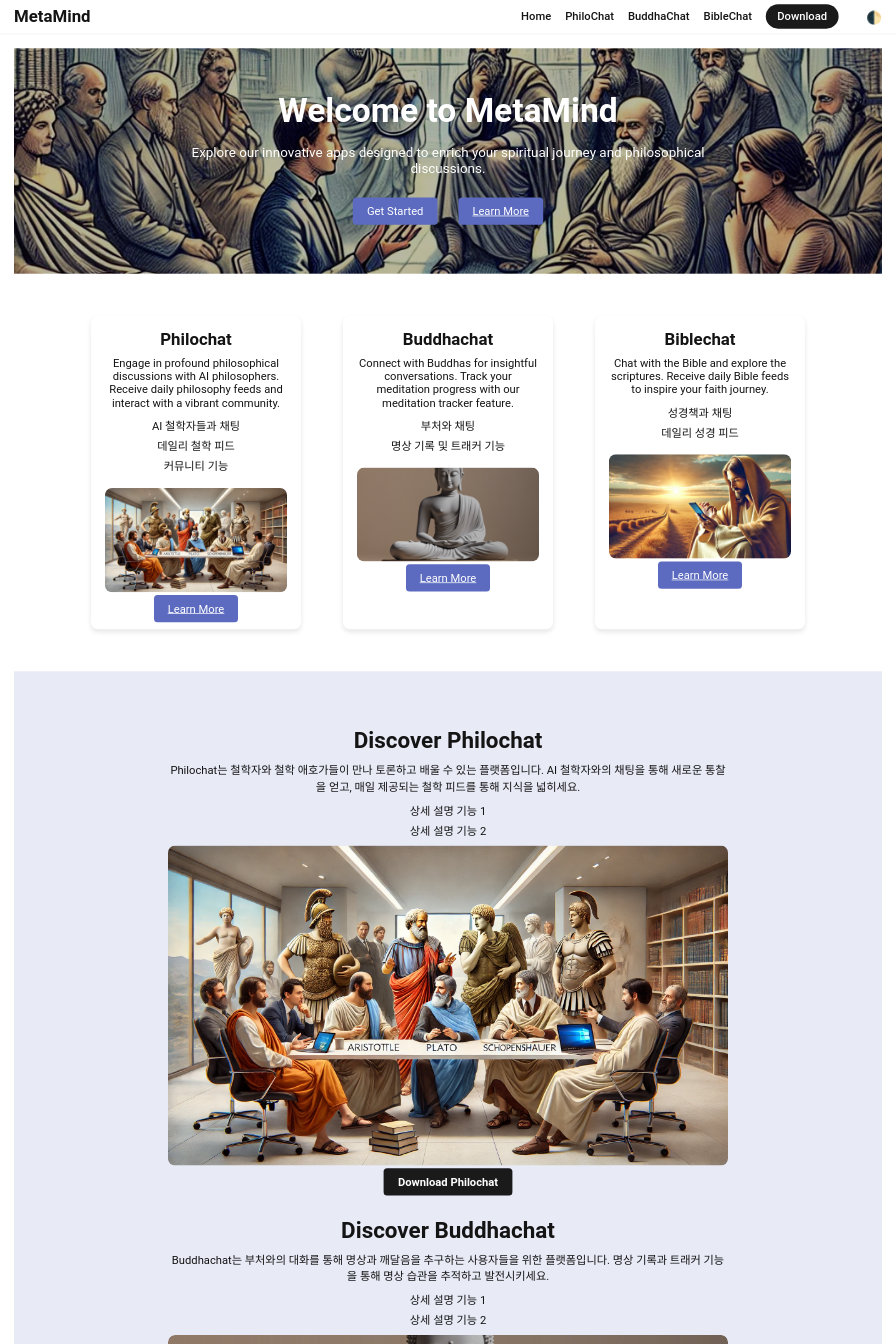
Repository: HSfac/EthosMindWeb
Page: /
The author's editor kept a copy of each file at every save. The page is drawn from the files as they stood at one save, then again after the next save.
The browser window is 1280 px wide. The pictures show the part of the page from y = 0 to 1920 px (the page is 3743 px tall before and 3668 px after), at 70% of full size.
The project was rebuilt for these pictures with package versions that can differ from the ones it lists, and the page was loaded fresh each time. Also part of the build but not shown: src/pages/SaintsChat.jsx, src/pages/BuddhaChat.css, src/pages/BuddhaChat.jsx, src/pages/BibleChat.css, src/pages/BibleChat.jsx, src/pages/Download.jsx.

Above is the page before, as saved 2024-07-21 19:40:19.

### src/index.css
@import url('https://fonts.googleapis.com/css2?display=swap&family=Be+Vietnam+Pro:wght@400;500;700;900&family=Noto+Sans:wght@400;500;700;900');

body {
  font-family: "Be Vietnam Pro", "Noto Sans", sans-serif;
  margin: 0;
  padding: 0;
  box-sizing: border-box;
}

### src/App.jsx
import React from 'react';
import { BrowserRouter as Router, Route, Routes } from 'react-router-dom';
import Home from './pages/Home.jsx';
import SaintsChat from './pages/SaintsChat.jsx';
import BuddhaChat from './pages/BuddhaChat.jsx';
import BibleChat from './pages/BibleChat.jsx';
import Download from './pages/Download.jsx'; // Download 페이지를 추가합니다.
import Header from './components/Header.jsx';
import Footer from './components/Footer.jsx';

function App() {
  return (
    <Router>
      <Header />
      <Routes>
        <Route path="/" element={<Home />} />
        <Route path="/saintschat" element={<SaintsChat />} />
        <Route path="/buddhachats" element={<BuddhaChat />} />
        <Route path="/biblechats" element={<BibleChat />} />
        <Route path="/download" element={<Download />} /> {/* Download 페이지를 추가합니다. */}
      </Routes>
      <Footer />
    </Router>
  );
}

export default App;

### src/pages/Home.jsx
import React from 'react';
import './Home.css';
import { Link } from 'react-router-dom';
import heroImage from '../assets/images/hero-image.png';
import philochatScreenshot from '../assets/images/ph-image-dl.png';
import buddhachatScreenshot from '../assets/images/buddha-hero-image.png';
import biblechatScreenshot from '../assets/images/jesus-image-dl.png';

function Home() {
  return (
    <main className="landing-page">
      {/* Hero Section */}
      <section className="hero" style={{ backgroundImage: `url(${heroImage})` }}>
        <div className="hero-content">
          <h1 className="hero-title">Welcome to MetaMind</h1>
          <p className="hero-description">Explore our innovative apps designed to enrich your spiritual journey and philosophical discussions.</p>
          <div className="hero-buttons">
            <button className="hero-button">Get Started</button>
            <a href="#app-introduction" className="hero-button">Learn More</a>
          </div>
        </div>
      </section>

      {/* App Introduction Section */}
      <section id="app-introduction" className="app-introduction">
        <div className="app-intro-card">
          <h2 className="app-title">Philochat</h2>
          <p className="app-description">Engage in profound philosophical discussions with AI philosophers. Receive daily philosophy feeds and interact with a vibrant community.</p>
          <ul className="app-features">
            <li>AI 철학자들과 채팅</li>
            <li>데일리 철학 피드</li>
            <li>커뮤니티 기능</li>
          </ul>
          <img src={philochatScreenshot} alt="Philochat App Screenshot" className="app-screenshot" />
          <Link to="/saintschat" className="learn-more-button">Learn More</Link>
        </div>

        <div className="app-intro-card">
          <h2 className="app-title">Buddhachat</h2>
          <p className="app-description">Connect with Buddhas for insightful conversations. Track your meditation progress with our meditation tracker feature.</p>
          <ul className="app-features">
            <li>부처와 채팅</li>
            <li>명상 기록 및 트래커 기능</li>
          </ul>
          <img src={buddhachatScreenshot} alt="Buddhachat App Screenshot" className="app-screenshot" />
          <Link to="/buddhachats" className="learn-more-button">Learn More</Link>
        </div>

        <div className="app-intro-card">
          <h2 className="app-title">Biblechat</h2>
          <p className="app-description">Chat with the Bible and explore the scriptures. Receive daily Bible feeds to inspire your faith journey.</p>
          <ul className="app-features">
            <li>성경책과 채팅</li>
            <li>데일리 성경 피드</li>
          </ul>
          <img src={biblechatScreenshot} alt="Biblechat App Screenshot" className="app-screenshot" />
          <Link to="/biblechats" className="learn-more-button">Learn More</Link>
        </div>
      </section>

      {/* Detailed App Sections */}
      <section className="detailed-app-section">
        <div id="philochat-detail" className="app-detail">
          <h2 className="detail-title">Discover Philochat</h2>
          <p className="detail-description">Philochat는 철학자와 철학 애호가들이 만나 토론하고 배울 수 있는 플랫폼입니다. AI 철학자와의 채팅을 통해 새로운 통찰을 얻고, 매일 제공되는 철학 피드를 통해 지식을 넓히세요.</p>
          <ul className="detail-features">
            <li>상세 설명 기능 1</li>
            <li>상세 설명 기능 2</li>
          </ul>
          <img src={philochatScreenshot} alt="Philochat Detailed Screenshot" className="detail-screenshot" />
          <Link to="/download" className="download-button">Download Philochat</Link>
        </div>

        <div id="buddhachat-detail" className="app-detail">
          <h2 className="detail-title">Discover Buddhachat</h2>
          <p className="detail-description">Buddhachat는 부처와의 대화를 통해 명상과 깨달음을 추구하는 사용자들을 위한 플랫폼입니다. 명상 기록과 트래커 기능을 통해 명상 습관을 추적하고 발전시키세요.</p>
          <ul className="detail-features">
            <li>상세 설명 기능 1</li>
            <li>상세 설명 기능 2</li>
          </ul>
          <img src={buddhachatScreenshot} alt="Buddhachat Detailed Screenshot" className="detail-screenshot" />
          <Link to="/download" className="download-button">Download Buddhachat</Link>
        </div>

        <div id="biblechat-detail" className="app-detail">
          <h2 className="detail-title">Discover Biblechat</h2>
          <p className="detail-description">Biblechat는 성경과의 대화를 통해 신앙을 깊이 있게 탐구할 수 있는 플랫폼입니다. 매일 제공되는 성경 피드를 통해 영감을 받고, 성경 공부 그룹에 참여하세요.</p>
          <ul className="detail-features">
            <li>상세 설명 기능 1</li>
            <li>상세 설명 기능 2</li>
          </ul>
          <img src={biblechatScreenshot} alt="Biblechat Detailed Screenshot" className="detail-screenshot" />
          <Link to="/download" className="download-button">Download Biblechat</Link>
        </div>
      </section>

      {/* Call to Action Section */}
      <section className="cta-section">
        <h2 className="cta-title">Join MetaMind Today</h2>
        <p className="cta-description">Experience the transformative power of our apps. Join our community and start your journey today.</p>
        <div className="cta-buttons">
          <Link to="/download" className="cta-button">Sign Up</Link>
          <Link to="/contact" className="cta-button">Contact Us</Link>
        </div>
      </section>
    </main>
  );
}

export default Home;

### src/components/Header.jsx
import React from 'react';
import { Link } from 'react-router-dom';
import './Header.css';

function Header() {
  return (
    <header className="header">
      <h1 className="header-title">MetaMind</h1>
      <nav className="nav">
        <ul className="nav-list">
          <li className="nav-item"><Link to="/">Home</Link></li>
          <li className="nav-item"><Link to="/saintschat">PhiloChat</Link></li>
          <li className="nav-item"><Link to="/buddhachats">BuddhaChat</Link></li>
          <li className="nav-item"><Link to="/biblechats">BibleChat</Link></li>
          <li className="nav-item header-download-button"><Link to="/download">Download</Link></li>
          <li className="nav-item"><button className="toggle-button" onClick={() => document.body.classList.toggle('dark-mode')}>🌓</button></li>
        </ul>
      </nav>
    </header>
  );
}

export default Header;

### src/components/Footer.jsx
import React from 'react';
import { Link } from 'react-router-dom';
import './Footer.css';

function Footer() {
  return (
    <footer className="footer">
      <div className="footer-content">
        <div className="footer-section">
          <h2 className="footer-title">SaintsChat</h2>
          <p className="footer-description">Connecting you with the greatest thinkers in history.</p>
        </div>
        <div className="footer-section">
          <h3 className="footer-subtitle">Explore</h3>
          <ul className="footer-links">
            <li><Link to="/">Home</Link></li>
            <li><Link to="/saintschat">SaintsChat</Link></li>
            <li><Link to="/buddhachats">BuddhaChat</Link></li>
            <li><Link to="/biblechats">BibleChat</Link></li>
          </ul>
        </div>
        <div className="footer-section">
          <h3 className="footer-subtitle">Company</h3>
          <ul className="footer-links">
            <li><Link to="/about">About Us</Link></li>
            <li><Link to="/contact">Contact</Link></li>
            <li><Link to="/careers">Careers</Link></li>
            <li><Link to="/privacy">Privacy Policy</Link></li>
          </ul>
        </div>
        <div className="footer-section">
          <h3 className="footer-subtitle">Follow Us</h3>
          <div className="footer-social">
            <a href="https://facebook.com" target="_blank" rel="noopener noreferrer">Facebook</a>
            <a href="https://twitter.com" target="_blank" rel="noopener noreferrer">Twitter</a>
            <a href="https://instagram.com" target="_blank" rel="noopener noreferrer">Instagram</a>
            <a href="https://linkedin.com" target="_blank" rel="noopener noreferrer">LinkedIn</a>
          </div>
        </div>
      </div>
      <div className="footer-bottom">
        <p>&copy; 2024 SaintsChat. All rights reserved.</p>
      </div>
    </footer>
  );
}

export default Footer;

### src/pages/Home.css
.landing-page {
  font-family: Arial, sans-serif;
}

.hero {
  background-size: cover;
  background-position: center;
  padding: 60px 20px;
  text-align: center;
  color: white;
}

.hero-content {
  max-width: 600px;
  margin: 0 auto;
}

.hero-title {
  font-size: 3em;
  margin-bottom: 20px;
}

.hero-description {
  font-size: 1.2em;
  margin-bottom: 20px;
}

.hero-buttons .hero-button {
  margin: 10px;
  padding: 10px 20px;
  font-size: 1em;
  border: none;
  cursor: pointer;
}

.app-introduction {
  padding: 60px 20px;
  display: flex;
  flex-wrap: wrap;
  justify-content: center;
}

.app-intro-card {
  max-width: 300px;
  margin: 20px;
  text-align: center;
}

.app-title {
  font-size: 1.5em;
  margin-bottom: 10px;
}

.app-description {
  margin-bottom: 10px;
}

.app-features {
  list-style: none;
  padding: 0;
  margin-bottom: 10px;
}

.app-screenshot {
  max-width: 100%;
  margin-bottom: 10px;
}

.learn-more-button {
  padding: 10px 20px;
  font-size: 1em;
  border: none;
  cursor: pointer;
}

.detailed-app-section {
  padding: 60px 20px;
}

.app-detail {
  max-width: 600px;
  margin: 40px auto;
  text-align: center;
}

.detail-title {
  font-size: 2em;
  margin-bottom: 10px;
}

.detail-description {
  margin-bottom: 10px;
}

.detail-features {
  list-style: none;
  padding: 0;
  margin-bottom: 10px;
}

.detail-screenshot {
  max-width: 100%;
  margin-bottom: 10px;
}

.download-button {
  padding: 10px 20px;
  font-size: 1em;
  border: none;
  cursor: pointer;
}

.cta-section {
  background-color: #f5f5f5;
  padding: 60px 20px;
  text-align: center;
}

.cta-title {
  font-size: 2em;
  margin-bottom: 10px;
}

.cta-description {
  margin-bottom: 20px;
}

.cta-buttons .cta-button {
  margin: 10px;
  padding: 10px 20px;
  font-size: 1em;
  border: none;
  cursor: pointer;
}

### src/pages/SaintsChat.css
* {
  box-sizing: border-box;
  margin: 0;
  padding: 0;
  font-family: 'Roboto', sans-serif;
}

body {
  background-color: #f4f4f9;
}

.landing-page {
  display: flex;
  flex-direction: column;
  align-items: center;
  width: 100%;
  padding: 20px;
}

.hero {
  background-size: cover;
  background-position: center;
  width: 100%;
  padding: 60px 20px;
  text-align: center;
  color: white;
}

.hero-content {
  max-width: 800px;
  margin: 0 auto;
}

.hero-title {
  font-size: 3em;
  margin-bottom: 20px;
}

.hero-description {
  font-size: 1.2em;
  margin-bottom: 20px;
}

.hero-buttons {
  display: flex;
  justify-content: center;
  gap: 10px;
}

.hero-button {
  margin: 10px;
  padding: 10px 20px;
  font-size: 1em;
  border: none;
  cursor: pointer;
  background-color: #5c6bc0;
  color: white;
  border-radius: 5px;
}

.hero-button:hover {
  background-color: #3f51b5;
}

.app-introduction {
  display: flex;
  flex-wrap: wrap;
  justify-content: center;
  gap: 20px;
  padding: 40px 0;
}

.app-intro-card {
  background-color: white;
  border-radius: 10px;
  box-shadow: 0 4px 8px rgba(0,0,0,0.1);
  max-width: 300px;
  padding: 20px;
  text-align: center;
}

.app-title {
  font-size: 1.5em;
  margin-bottom: 10px;
}

.app-description {
  margin-bottom: 10px;
}

.app-features {
  list-style: none;
  padding: 0;
  margin-bottom: 20px;
}

.app-features li {
  margin-bottom: 5px;
}

.app-screenshot {
  max-width: 100%;
  margin-bottom: 10px;
  border-radius: 10px;
}

.learn-more-button {
  padding: 10px 20px;
  font-size: 1em;
  border: none;
  cursor: pointer;
  background-color: #5c6bc0;
  color: white;
  border-radius: 5px;
}

.learn-more-button:hover {
  background-color: #3f51b5;
}

.detailed-app-section {
  padding: 40px 20px;
  background-color: #e8eaf6;
  width: 100%;
}

.app-detail {
  max-width: 800px;
  margin: 40px auto;
  text-align: center;
}

.detail-title {
  font-size: 2em;
  margin-bottom: 10px;
}

.detail-description {
  margin-bottom: 10px;
}

.detail-features {
  list-style: none;
  padding: 0;
}

.detail-features li {
  margin-bottom: 5px;
}

.detail-screenshot {
  max-width: 100%;
  margin-bottom: 10px;
  border-radius: 10px;
}

.download-button {
  padding: 10px 20px;
  font-size: 1em;
  border: none;
  cursor: pointer;
  background-color: #5c6bc0;
  color: white;
  border-radius: 5px;
}

.download-button:hover {
  background-color: #3f51b5;
}

.cta-section {
  background-color: #f5f5f5;
  padding: 60px 20px;
  text-align: center;
  width: 100%;
}

.cta-title {
  font-size: 2em;
  margin-bottom: 10px;
}

.cta-description {
  margin-bottom: 20px;
}

.cta-buttons {
  display: flex;
  justify-content: center;
  gap: 10px;
}

.cta-button {
  padding: 10px 20px;
  font-size: 1em;
  border: none;
  cursor: pointer;
  background-color: #5c6bc0;
  color: white;
  border-radius: 5px;
}

.cta-button:hover {
  background-color: #3f51b5;
}

### src/pages/Download.css
.download-main {
  padding: 20px 40px;
}

.download-section {
  margin-bottom: 40px;
  position: relative;
  text-align: center;
  color: white;
}

.download-image-container {
  position: relative;
}

.download-image {
  width: 100%;
  border-radius: 10px;
}

.download-content {
  position: absolute;
  top: 50%;
  left: 50%;
  transform: translate(-50%, -50%);
  background: rgba(0, 0, 0, 0.5); /* Optional: to add a slight background for readability */
  padding: 20px;
  border-radius: 10px;
  max-width: 90%;
}

.download-title {
  font-size: 32px;
  font-weight: bold;
  margin-bottom: 10px;
}

.download-description {
  font-size: 18px;
  margin-bottom: 20px;
}

.download-buttons {
  display: flex;
  gap: 10px;
  justify-content: center;
}
.download-main {
  padding: 20px 40px;
}

.download-section {
  margin-bottom: 40px;
  position: relative;
  text-align: center;
  color: white;
}

.download-image-container {
  position: relative;
}

.download-image {
  width: 100%;
  border-radius: 10px;
}

.download-content {
  position: absolute;
  top: 50%;
  left: 50%;
  transform: translate(-50%, -50%);
  background: rgba(0, 0, 0, 0.5); /* Optional: to add a slight background for readability */
  padding: 20px;
  border-radius: 10px;
  max-width: 90%;
}

.download-title {
  font-size: 32px;
  font-weight: bold;
  margin-bottom: 10px;
}

.download-description {
  font-size: 18px;
  margin-bottom: 20px;
}

.download-buttons {
  display: flex;
  gap: 10px;
  justify-content: center;
}

.download-button {
  background-color: #1a1a1a;
  color: white;
  padding: 10px 20px;
  border: none;
  border-radius: 5px;
  cursor: pointer;
  font-size: 16px;
  font-weight: bold;
  text-decoration: none;
}

### src/components/Header.css
.header {
  display: flex;
  justify-content: space-between;
  align-items: center;
  padding: 10px 20px;
  border-bottom: 1px solid #ededed;
}

.header-title {
  font-size: 24px;
  font-weight: bold;
}

.nav {
  display: flex;
}

.nav-list {
  display: flex;
  list-style: none;
  margin: 0;
  padding: 0;
}

.nav-item {
  margin-left: 20px;
}

.nav-item a {
  text-decoration: none;
  color: var(--text-color);
  font-weight: 500;
}

.header-download-button a {
  padding: 8px 16px;
  border-radius: 20px;
  background-color: #1a1a1a;
  color: white;
}

.toggle-button {
  background: none;
  border: none;
  font-size: 18px;
  cursor: pointer;
  margin-left: 20px;
}

:root {
  --bg-color: white;
  --text-color: #141414;
}

.dark-mode {
  --bg-color: #141414;
  --text-color: white;
}

body {
  background-color: var(--bg-color);
  color: var(--text-color);
  transition: background-color 0.3s, color 0.3s;
}

### src/components/Footer.css
.footer {
  background-color: #1a1a1a;
  color: white;
  padding: 40px 20px;
  text-align: center;
}

.footer-content {
  display: flex;
  flex-wrap: wrap;
  justify-content: space-around;
  margin-bottom: 20px;
}

.footer-section {
  flex: 1;
  min-width: 200px;
  margin: 20px;
}

.footer-title {
  font-size: 24px;
  font-weight: bold;
}

.footer-description {
  font-size: 14px;
}

.footer-subtitle {
  font-size: 18px;
  font-weight: bold;
  margin-bottom: 10px;
}

.footer-links {
  list-style: none;
  padding: 0;
}

.footer-links li {
  margin-bottom: 10px;
}

.footer-links a {
  text-decoration: none;
  color: white;
}

.footer-social a {
  display: block;
  margin-bottom: 10px;
  text-decoration: none;
  color: white;
}

.footer-bottom {
  border-top: 1px solid #333;
  padding-top: 20px;
  font-size: 14px;
}

Loaded but not shown: public/index.html (common file); src/index.js (common file)

After the next save:
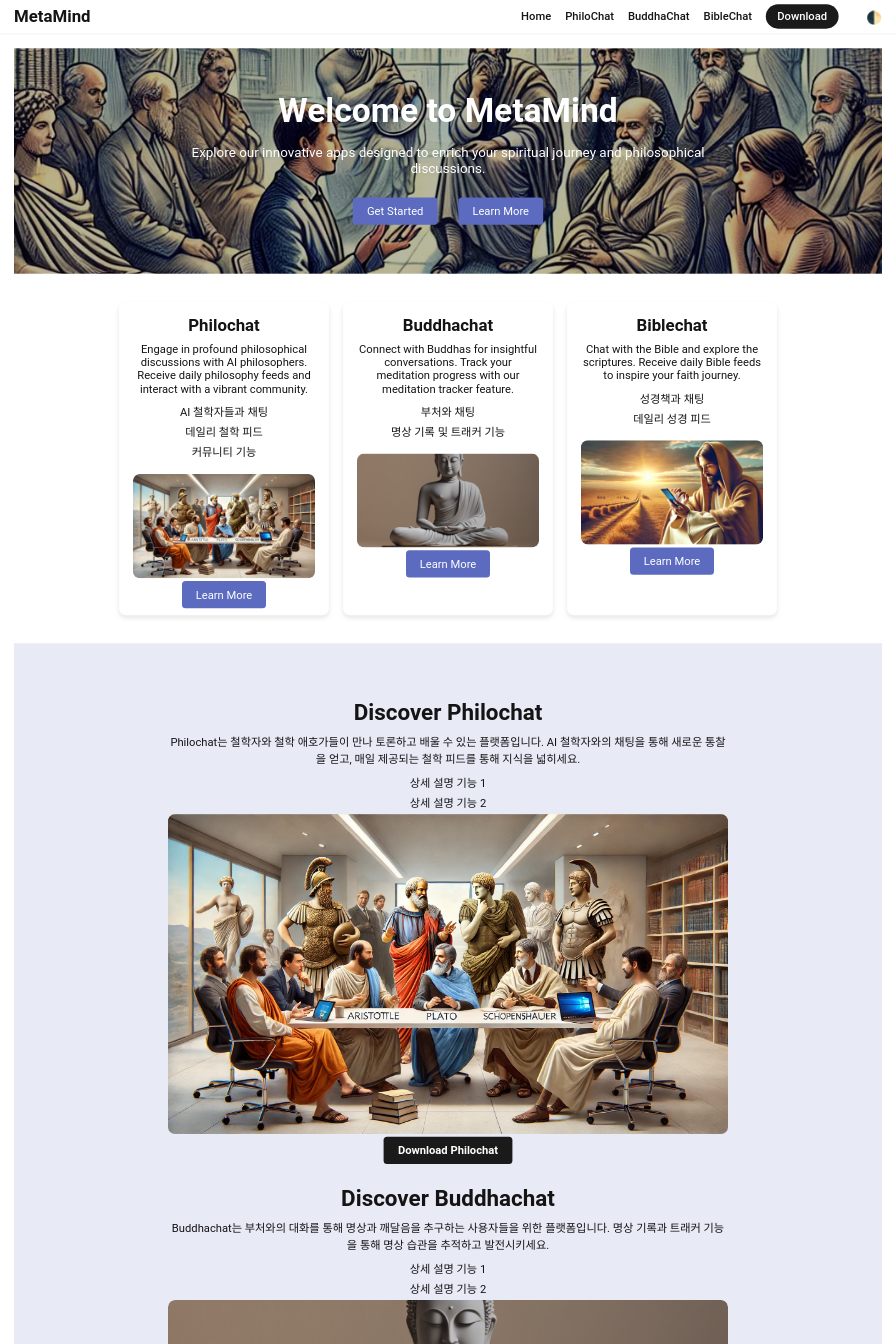
Saved 2 s later.
--- a/src/pages/Home.css
+++ b/src/pages/Home.css
@@ -1,17 +1,33 @@
+* {
+  box-sizing: border-box;
+  margin: 0;
+  padding: 0;
+  font-family: 'Roboto', sans-serif;
+}
+
+body {
+  background-color: #f4f4f9;
+}
+
 .landing-page {
-  font-family: Arial, sans-serif;
+  display: flex;
+  flex-direction: column;
+  align-items: center;
+  width: 100%;
+  padding: 20px;
 }
 
 .hero {
   background-size: cover;
   background-position: center;
+  width: 100%;
   padding: 60px 20px;
   text-align: center;
   color: white;
 }
 
 .hero-content {
-  max-width: 600px;
+  max-width: 800px;
   margin: 0 auto;
 }
 
@@ -25,24 +41,42 @@
   margin-bottom: 20px;
 }
 
-.hero-buttons .hero-button {
+.hero-buttons {
+  display: flex;
+  justify-content: center;
+  gap: 10px;
+}
+
+.hero-button {
   margin: 10px;
   padding: 10px 20px;
   font-size: 1em;
   border: none;
   cursor: pointer;
+  background-color: #5c6bc0;
+  color: white;
+  border-radius: 5px;
+  text-decoration: none;
+}
+
+.hero-button:hover {
+  background-color: #3f51b5;
 }
 
 .app-introduction {
-  padding: 60px 20px;
   display: flex;
   flex-wrap: wrap;
   justify-content: center;
+  gap: 20px;
+  padding: 40px 0;
 }
 
 .app-intro-card {
+  background-color: white;
+  border-radius: 10px;
+  box-shadow: 0 4px 8px rgba(0,0,0,0.1);
   max-width: 300px;
-  margin: 20px;
+  padding: 20px;
   text-align: center;
 }
 
@@ -58,12 +92,17 @@
 .app-features {
   list-style: none;
   padding: 0;
-  margin-bottom: 10px;
+  margin-bottom: 20px;
+}
+
+.app-features li {
+  margin-bottom: 5px;
 }
 
 .app-screenshot {
   max-width: 100%;
   margin-bottom: 10px;
+  border-radius: 10px;
 }
 
 .learn-more-button {
@@ -71,14 +110,24 @@
   font-size: 1em;
   border: none;
   cursor: pointer;
+  background-color: #5c6bc0;
+  color: white;
+  border-radius: 5px;
+  text-decoration: none;
+}
+
+.learn-more-button:hover {
+  background-color: #3f51b5;
 }
 
 .detailed-app-section {
-  padding: 60px 20px;
+  padding: 40px 20px;
+  background-color: #e8eaf6;
+  width: 100%;
 }
 
 .app-detail {
-  max-width: 600px;
+  max-width: 800px;
   margin: 40px auto;
   text-align: center;
 }
@@ -95,12 +144,16 @@
 .detail-features {
   list-style: none;
   padding: 0;
-  margin-bottom: 10px;
+}
+
+.detail-features li {
+  margin-bottom: 5px;
 }
 
 .detail-screenshot {
   max-width: 100%;
   margin-bottom: 10px;
+  border-radius: 10px;
 }
 
 .download-button {
@@ -108,12 +161,21 @@
   font-size: 1em;
   border: none;
   cursor: pointer;
+  background-color: #5c6bc0;
+  color: white;
+  border-radius: 5px;
+  text-decoration: none;
+}
+
+.download-button:hover {
+  background-color: #3f51b5;
 }
 
 .cta-section {
   background-color: #f5f5f5;
   padding: 60px 20px;
   text-align: center;
+  width: 100%;
 }
 
 .cta-title {
@@ -125,10 +187,23 @@
   margin-bottom: 20px;
 }
 
-.cta-buttons .cta-button {
-  margin: 10px;
-  padding: 10px 20px;
-  font-size: 1em;
-  border: none;
-  cursor: pointer;
-}
+.cta-buttons {
+  display: flex;
+  justify-content: center;
+  gap: 10px;
+}
+
+.cta-button {
+  padding: 10px 20px;
+  font-size: 1em;
+  border: none;
+  cursor: pointer;
+  background-color: #5c6bc0;
+  color: white;
+  border-radius: 5px;
+  text-decoration: none;
+}
+
+.cta-button:hover {
+  background-color: #3f51b5;
+}
